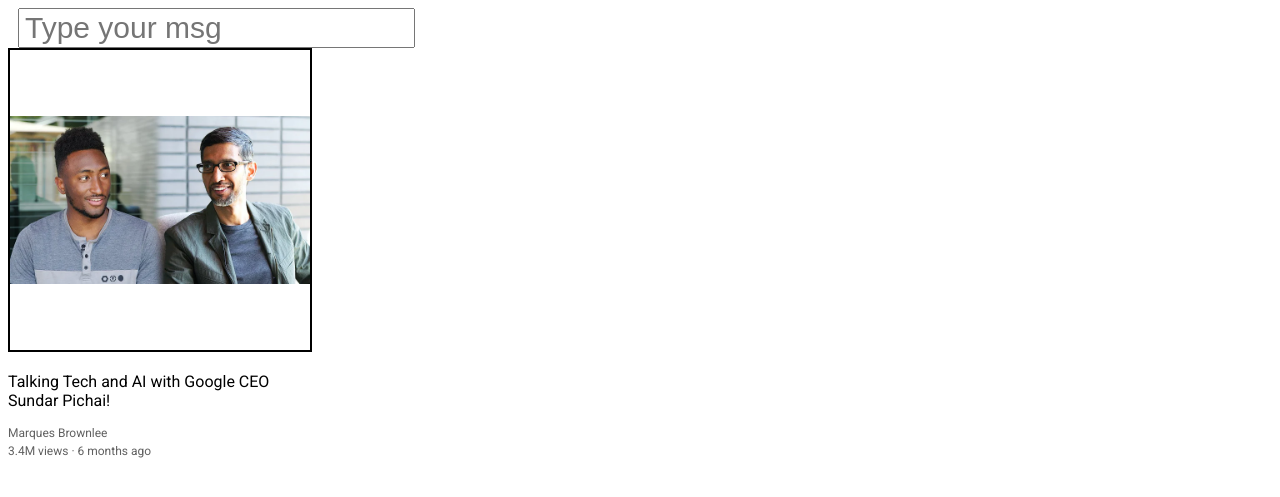
Repository: RagulRanjeeth/Frontend
Page: CloneYoutube/index.html
The author's editor kept a copy of each file at every save. The page is drawn from the files as they stood at one save, then again after the next save.
The browser window is 1280 px wide. The pictures show the whole page.

Above is the page before, as saved 2026-01-23 12:14:11.

After the next save:
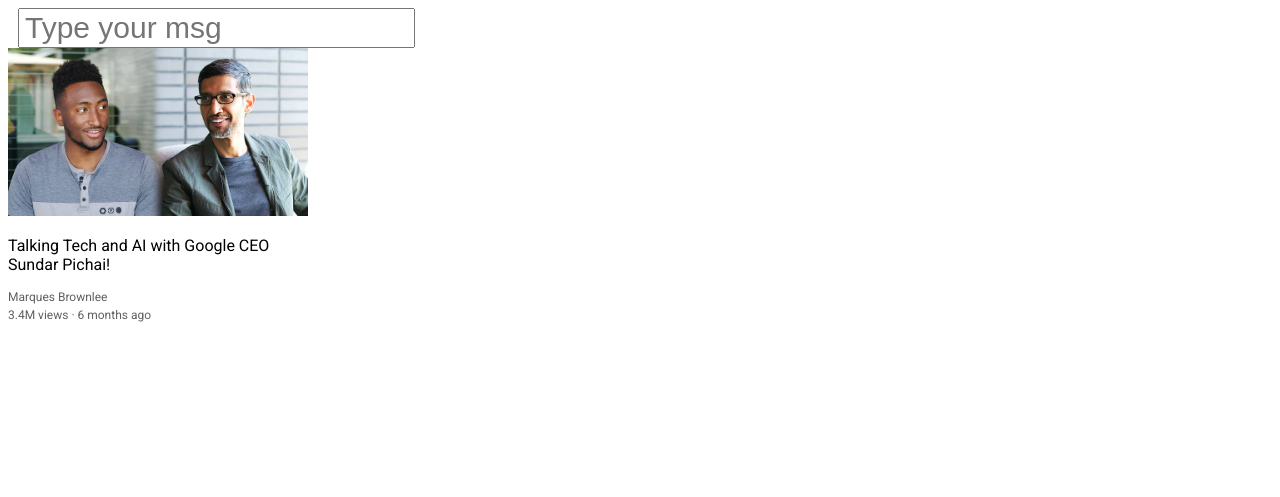
Saved 16 s later.
--- a/CloneYoutube/Styles.css
+++ b/CloneYoutube/Styles.css
@@ -1,10 +1,10 @@
 .Thumbnails{
     width: 300px;
-    height:300px;
+    /* height:300px;
     object-fit: contain;
     object-position:center;
     border-width: 2px;
-    border-style:solid;
+    border-style:solid; */
 }
 
 .SearchDashbar{
